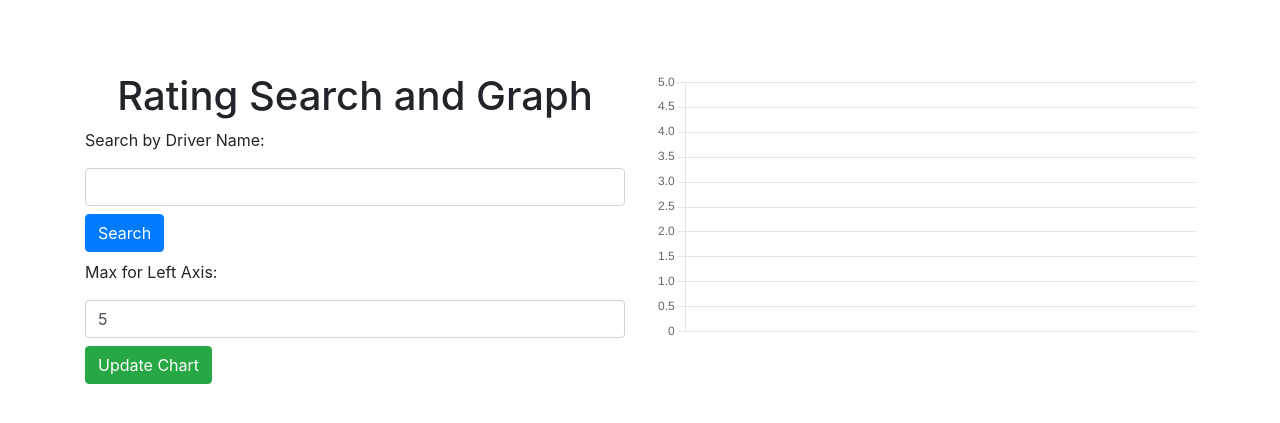
Repository: adrcstro/TrackingManagement
Page: http://localhost/tcpdf/Loginsystem/fetchdata.php
The author's editor kept a copy of each file at every save. The page is drawn from the files as they stood at one save, then again after the next save.
The browser window is 1280 px wide. The pictures show the whole page.
Some web libraries are served in a nearby version. The page is run by PHP 8.4 with error messages shown; the project is at /var/www/html/. Queries for data that is not in the repository find no rows.

Above is the page before, as saved 2023-11-24 18:48:16.
Console error: TypeError: Cannot read properties of null (reading 'addEventListener')

### Loginsystem/fetchdata.php
<!DOCTYPE html>
<html lang="en">
<head>
    <meta charset="UTF-8">
    <meta name="viewport" content="width=device-width, initial-scale=1.0">
    <link href="https://maxcdn.bootstrapcdn.com/bootstrap/4.5.2/css/bootstrap.min.css" rel="stylesheet">
    <link href="https://cdnjs.cloudflare.com/ajax/libs/font-awesome/5.15.1/css/all.min.css" rel="stylesheet"> <!-- Font Awesome -->
    <script src="https://cdn.jsdelivr.net/npm/chart.js"></script>

    <style>
        .card {
            transition: transform 0.3s;
            position: relative;
            box-shadow: 0 4px 8px rgba(0, 0, 0, 0.1);
            height: 100%;
        }

        .card:hover {
            transform: scale(1.05);
            box-shadow: 0 8px 16px rgba(0, 0, 0, 0.2);
        }

        .card-img-top {
            object-fit: cover;
            height: 250px;
            width: 100%;
        }

        .card-body {
            padding-bottom: 40px; /* Adjust padding to accommodate the button */
        }

        .card-title {
            height: -3rem; /* Limit the height of the title */
            overflow: hidden;
        }

        .card-text {
            max-height: 6rem; /* Limit the height of the description */
            overflow: hidden;
        }

        .read-more-modal {
            max-width: 800px; /* Adjust the width of the modal */
        }
    </style>
    <title>News and Events</title>
</head>
<body>

<div class="container">
        <div class="row  mt-5">
            <div class="col-md-6">
                <h1 class="text-center mt-4">Rating Search and Graph</h1>

                <form method="post" action="" class="mt-2">
                    <label for="search">Search by Driver Name:</label>
                    <input type="text" name="search" id="search" class="form-control mt-2">
                    <input type="submit" value="Search" class="btn btn-primary mt-2">
                </form>

                <!-- Input field for max value of left axis -->
                <label for="maxLeft" class="mt-2">Max for Left Axis:</label>
                <input type="number" name="maxLeft" id="maxLeft" value="5" class="form-control mt-2">

                <button onclick="updateChart()" class="btn btn-success mt-2">Update Chart</button>
            </div>

            <div class="col-md-6">
                <div style="width: 100%;"  class="mt-4">
                    <canvas id="myChart"></canvas>
                </div>
            </div>
        </div>
    </div>


<script>
        // Add your custom scripts here
        function updateChart() {
            // Your chart update logic
        }
    </script>
<?php
// Connect to your database
$servername = "localhost"; // Replace with your server name
$username = "root"; // Replace with your username
$password = ""; // Replace with your password
$dbname = "plate-to-place-v-tracking";

$conn = new mysqli($servername, $username, $password, $dbname);

// Check connection
if ($conn->connect_error) {
    die("Connection failed: " . $conn->connect_error);
}

// Function to fetch data from the rating table based on the search term
function fetchData($conn, $searchTerm) {
    $sql = "SELECT DriverName, Rate FROM rating WHERE DriverName LIKE '%$searchTerm%'";
    $result = $conn->query($sql);

    $data = array();
    if ($result->num_rows > 0) {
        while ($row = $result->fetch_assoc()) {
            $data[] = $row;
        }
    }

    return $data;
}

// Process search form submission
if ($_SERVER["REQUEST_METHOD"] == "POST") {
    $searchTerm = $_POST["search"];
    $data = fetchData($conn, $searchTerm);
} else {
    // If no search term, initialize with an empty array
    $data = array();
}

// Close the database connection
$conn->close();
?>

<script>
// Prepare data for Chart.js
var data = <?php echo json_encode($data); ?>;

// Create an object to count the occurrences of each rating for each driverName
var ratingCounts = {};

data.forEach(function(item) {
    var driverName = item.DriverName;
    var rate = item.Rate;

    // Initialize the count for the driverName if not already present
    if (!ratingCounts[driverName]) {
        ratingCounts[driverName] = [0, 0, 0, 0, 0]; // Index 0 represents rating 1, index 4 represents rating 5
    }

    // Increment the count for the corresponding rating
    ratingCounts[driverName][rate - 1]++;
});

// Prepare labels and data for the chart
var labels = Object.keys(ratingCounts);
var datasets = [];

// Iterate through each driverName and create a dataset for the bar graph
labels.forEach(function(driverName) {
    var counts = ratingCounts[driverName];

    datasets.push({
        label: driverName,
        data: counts,
        backgroundColor: getRandomColor(), // Function to get a random color for each driverName
        borderColor: 'rgba(75, 192, 192, 1)',
        borderWidth: 1
    });
});

// Default max value for left axis
var maxLeft = 5;

// Declare myChart outside the function
var myChart;

// Draw the initial bar chart
drawChart();

// Function to draw or update the bar chart
function drawChart() {
    var ctx = document.getElementById('myChart').getContext('2d');
    myChart = new Chart(ctx, {
        type: 'bar',
        data: {
            labels: ['Unsatisfactory/Very Poor', 'Poor', 'Satisfactory/Fair', 'Good', 'Excellent'], // Ratings 1 to 5
            datasets: datasets
        },
        options: {
            scales: {
                y: {
                    beginAtZero: true,
                    stepSize: 1,
                    max: maxLeft
                }
            }
        }
    });
}

// Function to generate a random color
function getRandomColor() {
    var letters = '0123456789ABCDEF';
    var color = '#';
    for (var i = 0; i < 6; i++) {
        color += letters[Math.floor(Math.random() * 16)];
    }
    return color;
}

// Function to update the chart based on user input
function updateChart() {
    // Get value from input field
    maxLeft = parseInt(document.getElementById('maxLeft').value);

    // Destroy the existing chart and redraw with updated options
    myChart.destroy();
    drawChart();
}
</script>









<div class="container mt-5 mb-5">
    <div class="row">
    <?php
        // Replace these with your actual database connection details
        $host = "localhost";
        $username = "root";
        $password = "";
        $database = "plate-to-place-v-tracking";

        // Create a database connection
        $your_db_connection = mysqli_connect($host, $username, $password, $database);

        // Check the connection
        if (!$your_db_connection) {
            die("Connection failed: " . mysqli_connect_error());
        }

        // Fetch data from the "newsandevents" table
        $query = "SELECT id, Username, Age, Password, PermittoOperate,PhoneNumber,HomeAddress FROM driverstbl";
        $result = mysqli_query($your_db_connection, $query);

        // Check if the query was successful
        if ($result) {
            // Fetch data row by row
            while ($row = mysqli_fetch_assoc($result)) {
                $drivername = $row['Username'];
                $ViehicleNumber = $row['Age'];
                $PlateNumber = $row['Password'];
                $image = $row['PermittoOperate'];
                $phone = $row['PhoneNumber'];
                $home = $row['HomeAddress'];

                // Display data in Bootstrap cards
                echo '<div class="col-md-4 mb-5">';
                echo '<div class="card">';
                echo '<img src="uploads/' . $image . '" class="card-img-top" alt="Card Image">';
                echo '<div class="card-body text-center">';

                // Displaying the driver information
                // Existing code

echo '<h6 class="card-title">Drivers Name: <span style="font-weight:normal;">' . $drivername . '</span></h6>';
echo '<h6 class="card-title">Vehicle Number: <span style="font-weight:normal;">' . $ViehicleNumber . '</span></h6>';
echo '<h6 class="card-title">Plate Number: <span style="font-weight:normal;">' . $PlateNumber . '</span></h6>';
echo '<h6 class="card-title">Phone Number: <span style="font-weight:normal;">' . $phone . '</span></h6>';
echo '<h6 class="card-title">Home Address: <span style="font-weight:normal;">' . $home . '</span></h6>';
                echo '</div>';
                echo '</div>';
                echo '</div>';
            }

            // Free result set
            mysqli_free_result($result);
        } else {
            // Handle the error if the query fails
            echo "Error: " . mysqli_error($your_db_connection);
        }

        // Close the database connection
        mysqli_close($your_db_connection);
    ?>
    </div>
</div>

<script src="https://code.jquery.com/jquery-3.5.1.slim.min.js"></script>
<script src="https://cdn.jsdelivr.net/npm/@popperjs/core@2.5.3/dist/umd/popper.min.js"></script>
<script src="https://maxcdn.bootstrapcdn.com/bootstrap/4.5.2/js/bootstrap.min.js"></script>
<script src="https://kit.fontawesome.com/your-font-awesome-kit-id.js" crossorigin="anonymous"></script>









<script>
    // Initialize Bootstrap tooltips
    $(function () {
        $('[data-toggle="tooltip"]').tooltip();
    });
</script>

<script>
    document.addEventListener("DOMContentLoaded", function() {
        const searchInput = document.getElementById("SearchDriver");
        const searchResults = document.getElementById("searchResults");

        searchInput.addEventListener("input", function() {
            const searchText = searchInput.value.toLowerCase();
            if (searchText.length > 0) {
                fetch(`fetchdatadetails.php?search=${searchText}`)
                    .then(response => response.text())
                    .then(data => {
                        searchResults.innerHTML = data;
                    })
                    .catch(error => {
                        console.error('Error:', error);
                    });
            } else {
                searchResults.innerHTML = "";
            }
        });
    });
</script>
</body>
</html>

After the next save:
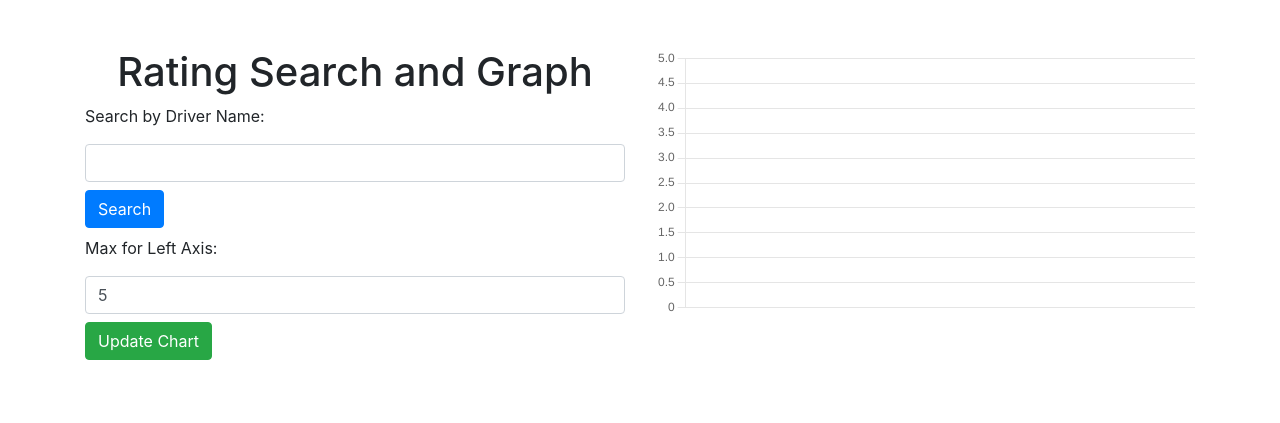
Saved 10 s later.
--- a/Loginsystem/fetchdata.php
+++ b/Loginsystem/fetchdata.php
@@ -49,7 +49,7 @@
 <body>
 
 <div class="container">
-        <div class="row  mt-5">
+        <div class="row  mt-4">
             <div class="col-md-6">
                 <h1 class="text-center mt-4">Rating Search and Graph</h1>
 
